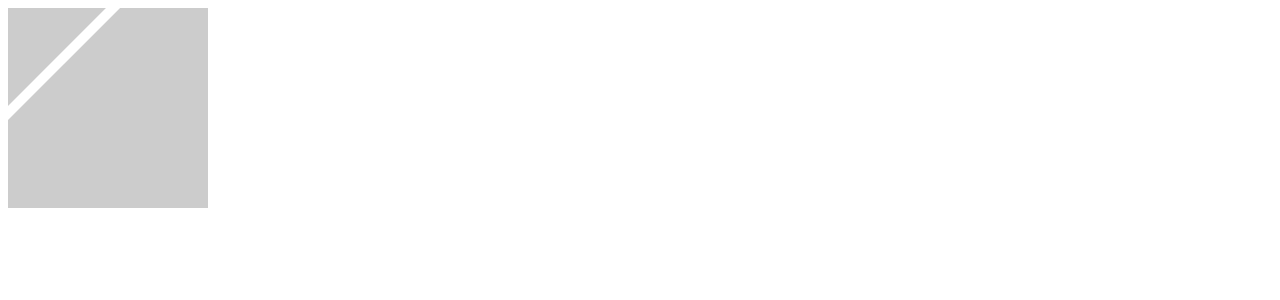
Repository: yaoxin1996/All-kinds-of-practice
Page: html/index.html
These files come from the project's save history. The page is drawn as it stood at one moment and after a run of saves; the edit follows.
The browser window is 1280 px wide. The pictures show the whole page.

Above is the page before, as saved 2022-05-22 10:04:02.

### html/index.html
<!DOCTYPE html>
<html lang="en">
<head>
  <meta charset="UTF-8">
  <meta http-equiv="X-UA-Compatible" content="IE=edge">
  <meta name="viewport" content="width=device-width, initial-scale=1.0">
  <title>Document</title>
</head>
<style>
  .box {

  }
  .inner {
    width: 200px;
    height: 200px;
    background: #ccc;
    position: relative;
  }
  .inner::after {
    content: '';
    width: 10px;
    height: 500px;
    transform: rotate(45deg);
    background-color: #fff;
    position: absolute;
    top: -100px;
    left: -50px;
  }
  .box:hover .inner::after{
    left: 300px;
  }

</style>
<body>
  <div class="box">
    <div class="inner"></div>
  </div>
</body>
</html>

After the next 2 saves:
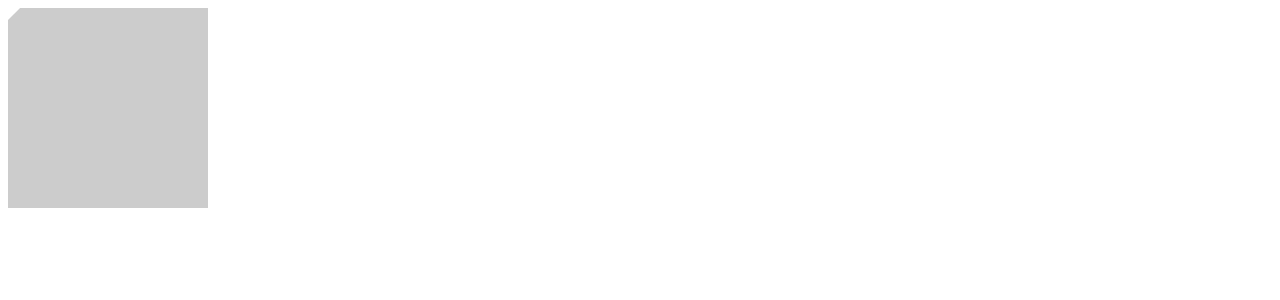
The 2 saves are shown as one change because they came seconds apart.
The last was saved 22 s later.
--- a/html/index.html
+++ b/html/index.html
@@ -19,7 +19,7 @@
   .inner::after {
     content: '';
     width: 10px;
-    height: 500px;
+    height: 300px;
     transform: rotate(45deg);
     background-color: #fff;
     position: absolute;
